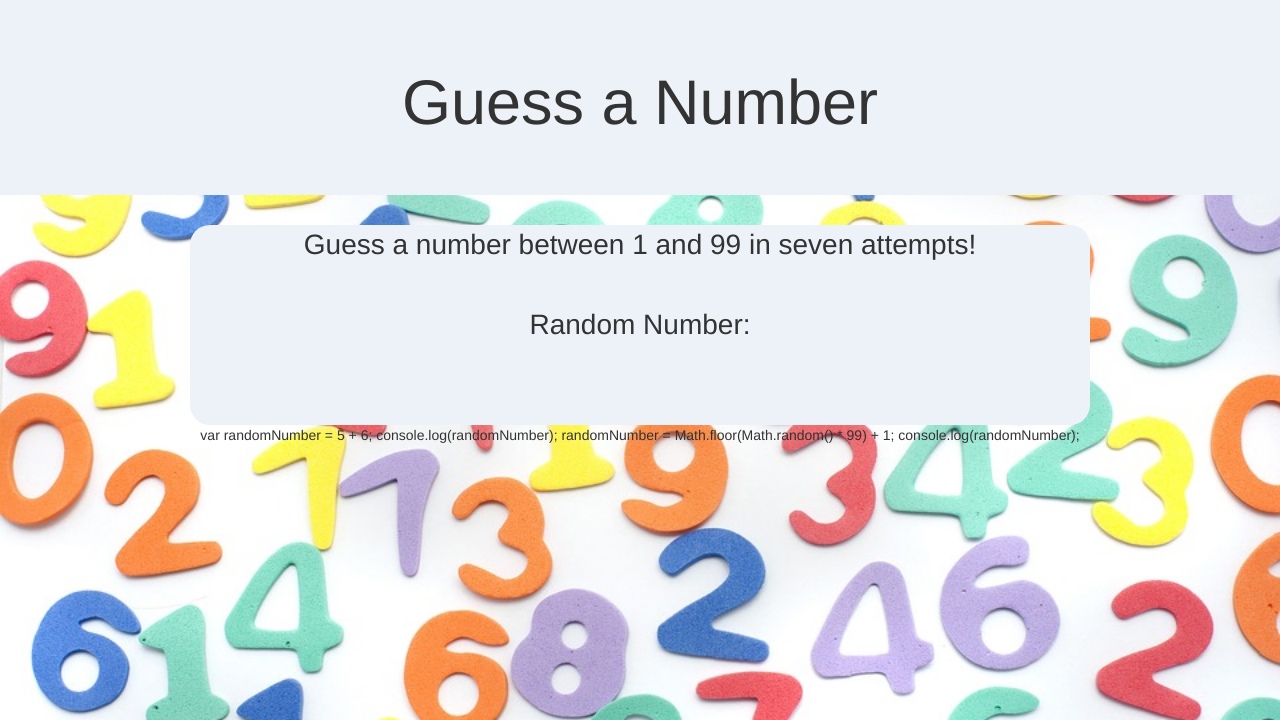
Repository: dereki16/lab3.1
Page: labs/lab1/index.html
The author's editor kept a record of every edit. The page is drawn from the files as they stood at one moment, then again after the next edit.
The browser window is 1280 px wide. The pictures show the whole page.

Above is the page before.

After the next edit:
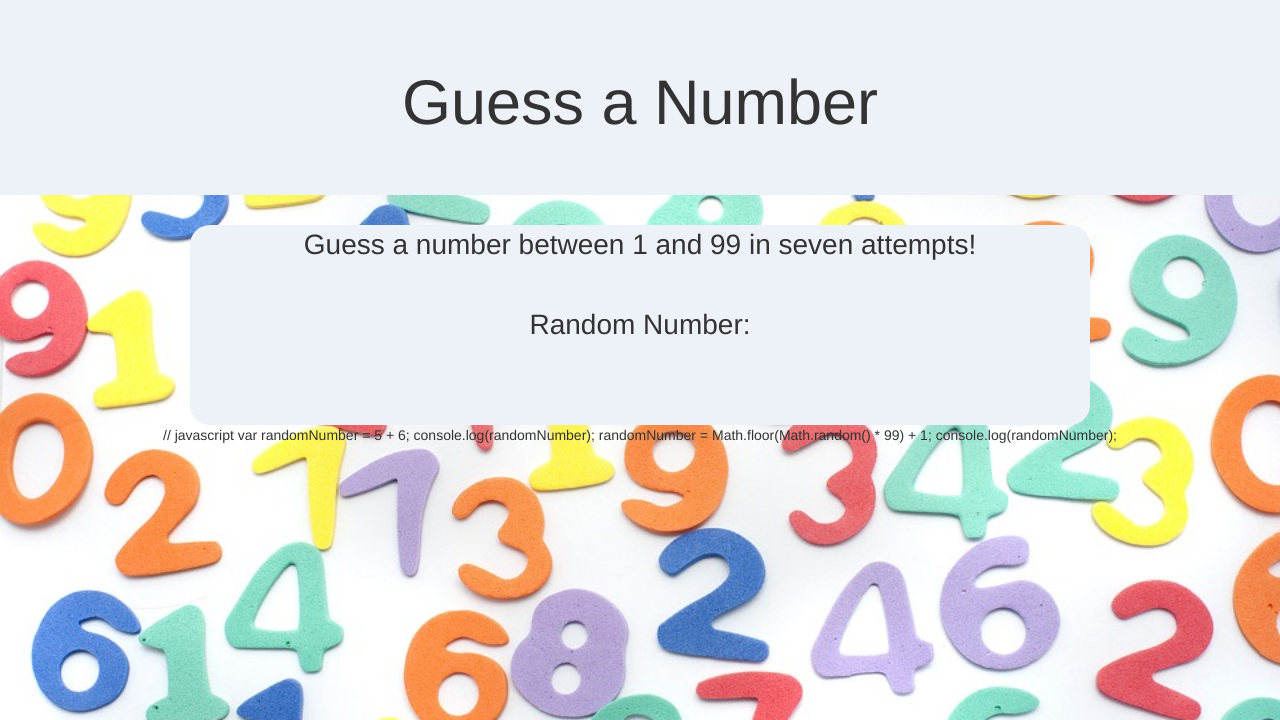
The edit:
--- a/labs/lab1/index.html
+++ b/labs/lab1/index.html
@@ -25,8 +25,11 @@
             Random Number: <span id="numberToGuess"></span>
         </div>
 
-        <scipt>
 
+    </body>
+
+    <scipt>
+            // javascript
             var randomNumber = 5 + 6;
             console.log(randomNumber);
 
@@ -34,5 +37,4 @@
             console.log(randomNumber);
 
         </scipt>
-    </body>
 </html>
